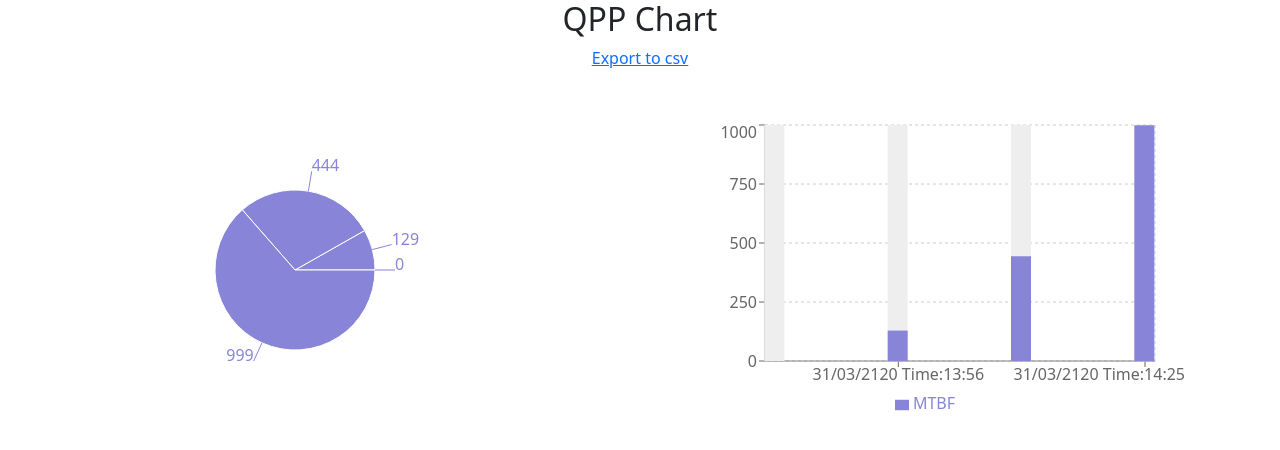
Repository: exiled-kal/ReactChartPrac
Page: /
An editor plug-in stored every save of this project. The page is shown before and after a run of saves, followed by the edit.
The browser window is 1280 px wide. The pictures show the whole page.
The project was rebuilt for these pictures with package versions that can differ from the ones it lists, and the page was loaded fresh each time.

Above is the page before, as saved 2021-04-18 15:40:05.

### src/App.js
import './App.css';
import {CSVLink} from 'react-csv';

import {
  PieChart,
  Pie,
  Tooltip,
  BarChart,
  Bar,
  XAxis,
  YAxis,
  CartesianGrid,
  Legend,
} from 'recharts';

const data = [
  {
    StartDateTime: '31/03/2120 Time:09:24',
    SystemUpTime: 6,
    OperationTime: 0,
    DownTime: 0,
    IdleTime: 0,
    MTBF: 0,
    MTBA: 0,
    TotalQuantityIn: 0,
    TotalQuantityOut: 0,
    TotalPassed: 0,
    TotalFailed: 0,
    TotalYield: 0,
    SoftJam: 0,
    HardJam: 0,
    SprintUPH: 514,
  },
  {
    LotID: 'QPP_Test',
    ProductType: 'RB',
    StartDateTime: '31/03/2120 Time:13:56',
    SystemUpTime: 499,
    OperationTime: 129,
    DownTime: 0,
    IdleTime: 364,
    MTBF: 129,
    MTBA: 129,
    TotalQuantityIn: 33,
    TotalQuantityOut: 12,
    TotalPassed: 2,
    TotalFailed: 10,
    TotalYield: 16,
    SoftJam: 0,
    HardJam: 0,
    SprintUPH: 514,
  },
  {
    LotID: 'QPP_Test',
    ProductType: 'RB',
    StartDateTime: '31/03/2120 Time:14:10',
    SystemUpTime: 1481,
    OperationTime: 444,
    DownTime: 0,
    IdleTime: 1028,
    MTBF: 444,
    MTBA: 444,
    TotalQuantityIn: 33,
    TotalQuantityOut: 28,
    TotalPassed: 4,
    TotalFailed: 24,
    TotalYield: 14,
    SoftJam: 0,
    HardJam: 0,
    SprintUPH: 514,
  },
  {
    LotID: 'QPP_Test',
    ProductType: 'RB',
    StartDateTime: '31/03/2120 Time:14:25',
    SystemUpTime: 2680,
    OperationTime: 999,
    DownTime: 0,
    IdleTime: 1581,
    MTBF: 999,
    MTBA: 999,
    TotalQuantityIn: 33,
    TotalQuantityOut: 170,
    TotalPassed: 61,
    TotalFailed: 109,
    TotalYield: 35,
    SoftJam: 0,
    HardJam: 0,
    SprintUPH: 514,
  },
];
const COLORS = ['#0088FE', '#00C49F', '#FFBB28', '#FF8042'];

const csvReport = {
  filename: './data/data.csv',

  data: data,
};

function App() {
  return (
    <div style={{textAlign: 'center'}}>
      <h2>QPP Chart</h2>
      <CSVLink {...csvReport}>Export to csv</CSVLink>
      <br />
      <div className="App">
        <PieChart width={400} height={400}>
          <Pie
            dataKey="MTBF"
            isAnimationActive={true}
            data={data}
            cx="50%"
            cy="50%"
            outerRadius={80}
            fill="#8884d8"
            label
          ></Pie>
          <Tooltip />
        </PieChart>
        <BarChart
          width={500}
          height={300}
          data={data}
          margin={{
            top: 5,
            right: 30,
            left: 20,
            bottom: 5,
          }}
          barSize={20}
        >
          <XAxis
            dataKey="StartDateTime"
            scale="point"
            padding={{left: 10, right: 10}}
          />
          Start Date Time
          <YAxis />
          <Tooltip />
          <Legend />
          <CartesianGrid strokeDasharray="3 3" />
          <Bar dataKey="MTBF" fill="#8884d8" background={{fill: '#eee'}} />
        </BarChart>
      </div>
    </div>
  );
}

export default App;

### src/App.css
.App {
  text-align: center;
  display: flex;
  justify-content: space-around;
  align-items: center;
}

Loaded but not shown: public/index.html (common file); src/index.js (common file); src/index.css (common file); src/reportWebVitals.js (common file)

After the next 2 saves:
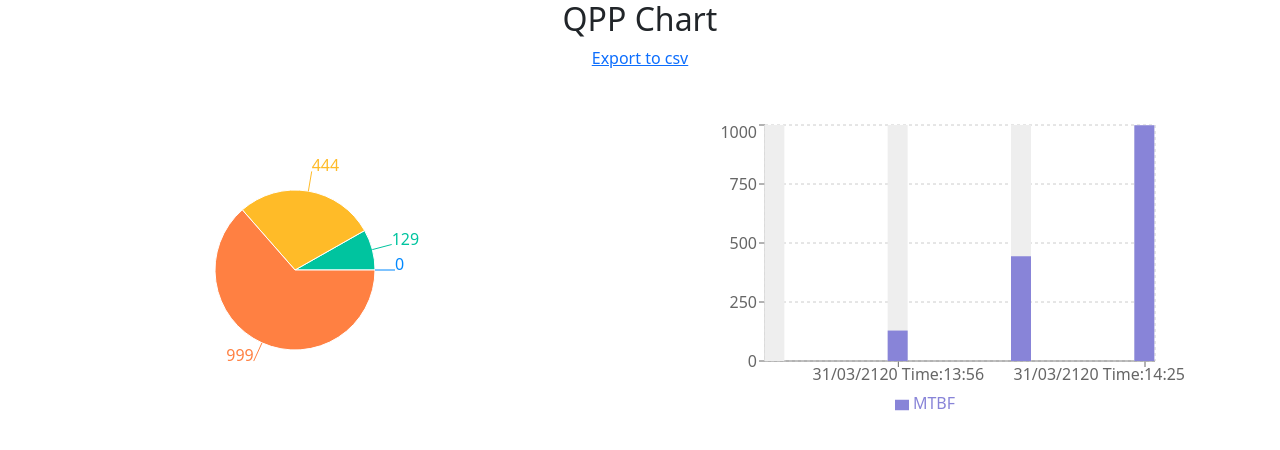
The 2 saves are shown as one change because 1 did not build or start.
The last was saved 18 s later.
--- a/src/App.js
+++ b/src/App.js
@@ -11,6 +11,7 @@ import {
   YAxis,
   CartesianGrid,
   Legend,
+  Cell,
 } from 'recharts';
 
 const data = [
@@ -114,7 +115,14 @@ function App() {
             outerRadius={80}
             fill="#8884d8"
             label
-          ></Pie>
+          >
+            {data.map((entry, index) => (
+              <Cell
+                key={`cell-${index}`}
+                fill={COLORS[index % COLORS.length]}
+              />
+            ))}
+          </Pie>
           <Tooltip />
         </PieChart>
         <BarChart
